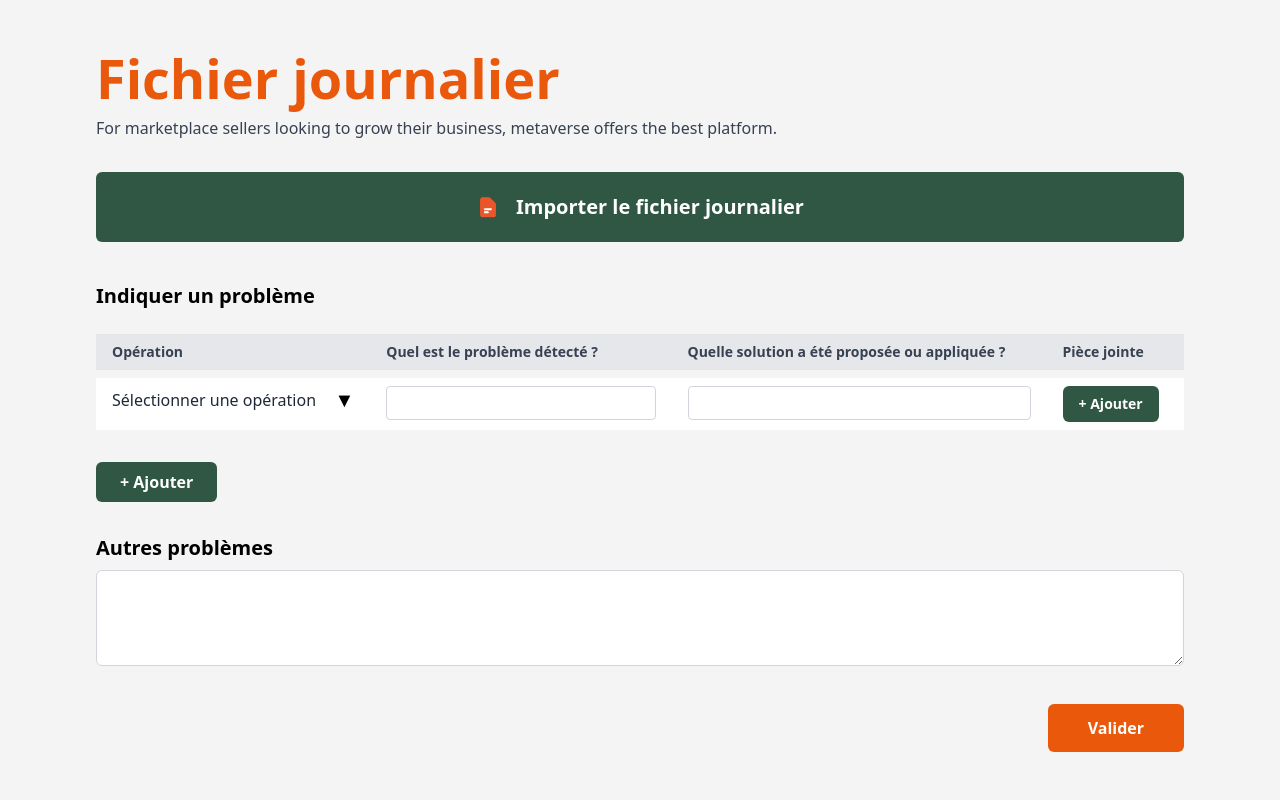
Repository: 123455675848484848484884848484/Projet_2cs
Page: /file (app in front/)
These files come from the project's save history. The page is drawn as it stood at one moment and after the next save; the edit follows.
The browser window is 1280 px wide. The pictures show the whole page.
The project was rebuilt for these pictures with package versions that can differ from the ones it lists, and the page was loaded fresh each time. Also part of the build but not shown: front/src/App.css, front/src/LancerPuit.jsx, front/src/InformationPuit.jsx, front/src/Login.jsx, front/src/MesPuits.jsx, front/src/PhasesPrevision.jsx, front/src/OperationsPrevision.jsx, front/src/SignalerProbleme.jsx.

Above is the page before, as saved 2025-04-24 14:29:58.

After the next save:
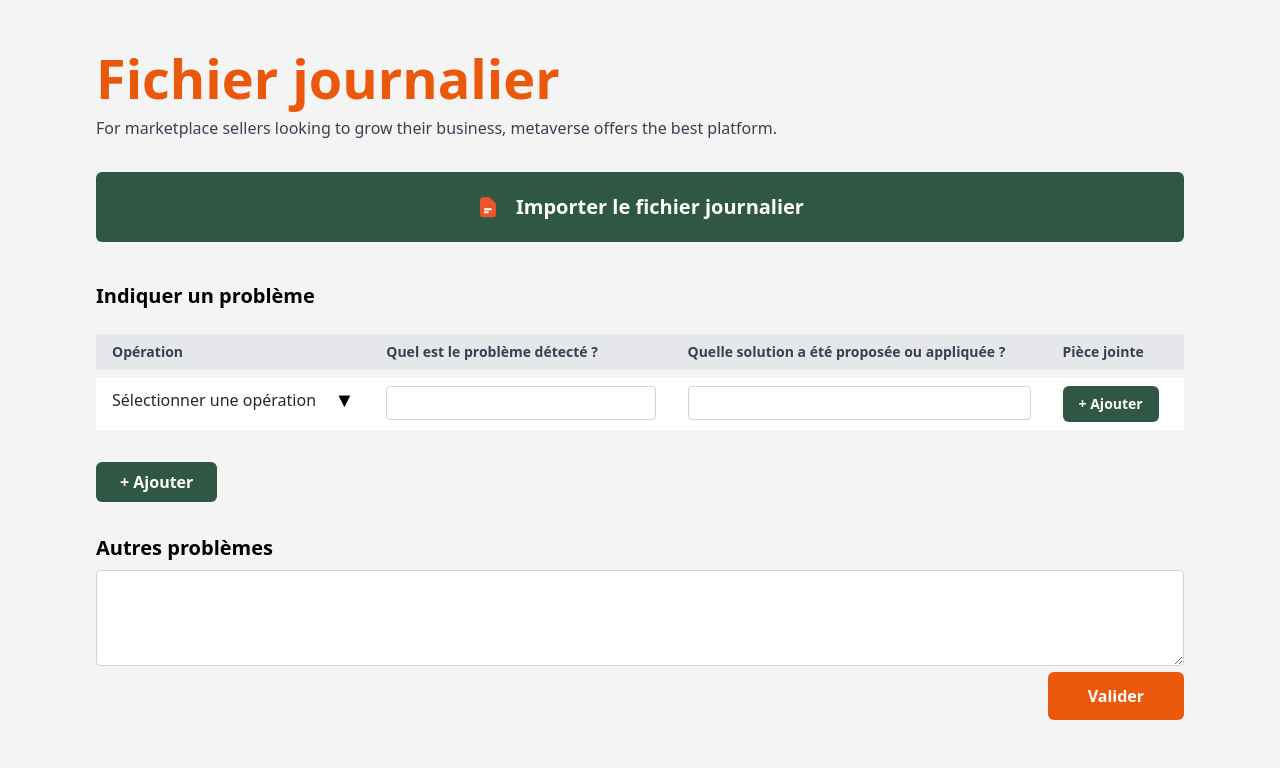
Saved 34 s later.
--- a/front/src/FichierJournalier.jsx
+++ b/front/src/FichierJournalier.jsx
@@ -172,8 +172,8 @@ const FichierJournalier = () => {
 
       <h2 className="text-xl font-semibold mb-2">Autres problèmes</h2>
       <textarea
-        className="w-full h-24 border border-gray-300 rounded-md p-3 mb-8 focus:outline-none focus:ring-0 focus:border-orange-600 focus:text-orange-600"
-        placeholder=""
+  className="w-full h-24 border border-gray-300 rounded px-2 py-1 focus:outline-none focus:ring-0 focus:border-orange-600"
+  placeholder=""
         value={autresProblemes}
         onChange={(e) => setAutresProblemes(e.target.value)}
       ></textarea>
